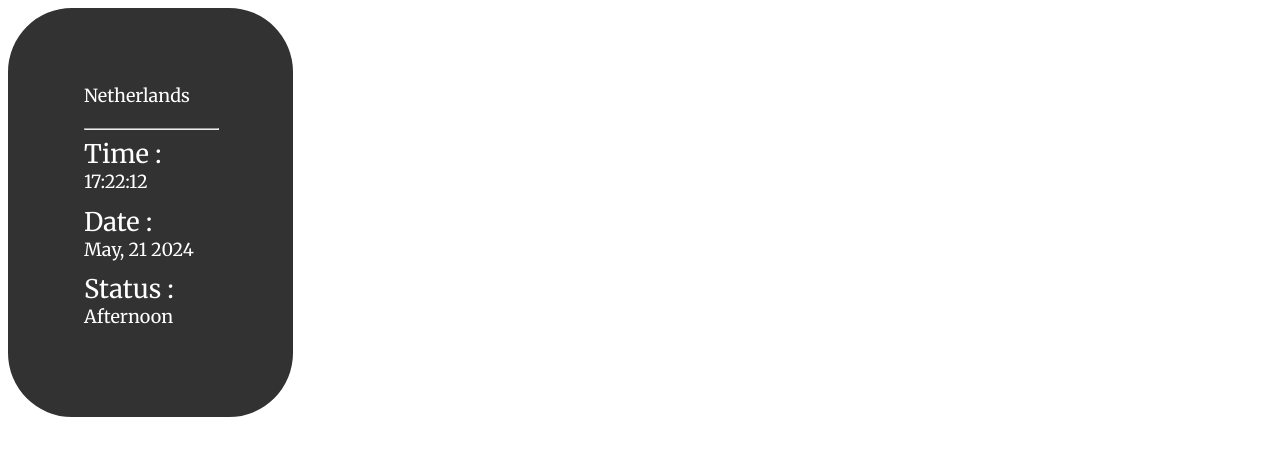
Repository: SnakeXrnt/notion-clock
Page: netherlands.html
An editor plug-in stored every save of this project. The page is shown before and after the next save, followed by the edit.
The browser window is 1280 px wide. The pictures show the whole page.

Above is the page before, as saved 2024-05-21 16:43:33.

### netherlands.html
<!DOCTYPE html>
<html lang="en">
<head>
    <meta charset="UTF-8">
    <meta name="viewport" content="width=device-width, initial-scale=1.0">
    <title>Netherlands</title>
    <link rel="preconnect" href="https://fonts.googleapis.com">
    <link rel="preconnect" href="https://fonts.gstatic.com" crossorigin>
    <link href="https://fonts.googleapis.com/css2?family=Merriweather:ital,wght@0,300;0,400;0,700;0,900;1,300;1,400;1,700;1,900&display=swap" rel="stylesheet">
    <style>
        h1, h2, h3 {
            margin: 0px;
            font-family: "Merriweather", serif;
            font-weight: 400;
            font-style: normal;
            color: white;
        }

        h1 {
            font-size: large;
            padding-bottom: 1vw;
        }
        h2 {
            font-size: 2vw;
        }

        .box {
            display: flex;
            flex-direction: column;
            width: 100pt;
            height: max-content;
            border: 6vw solid rgb(50, 50, 50);
            background-color: rgb(50, 50, 50);
            border-radius: 5vw;

        }
    </style>
    <script>
        function updateTime() {
            const timeElement = document.querySelector('.time');
            const dateElement = document.querySelector('.date');
            const statusElement = document.querySelector('.status');

            const now = new Date();
            const options = { timeZone: 'Europe/Amsterdam' }; // Changed time zone to Amsterdam
            const amsterdamTime = new Date(now.toLocaleString('en-US', options));

            const hours = amsterdamTime.getHours();
            const minutes = amsterdamTime.getMinutes();
            const seconds = amsterdamTime.getSeconds();

            timeElement.innerHTML = `${hours}:${minutes < 10 ? '0' : ''}${minutes}<span class="blink">:</span>${seconds < 10 ? '0' : ''}${seconds}`;

            const monthNames = ["January", "February", "March", "April", "May", "June", "July", "August", "September", "October", "November", "December"];
            const month = monthNames[amsterdamTime.getMonth()];
            const date = amsterdamTime.getDate();
            const year = amsterdamTime.getFullYear();

            dateElement.innerHTML = `${month}, ${date} ${year}`;

            const hourOfDay = amsterdamTime.getHours();
            let status = '';
            if (hourOfDay >= 5 && hourOfDay < 12) {
                status = 'Morning';
            } else if (hourOfDay >= 12 && hourOfDay < 15) {
                status = 'Mid-day';
            } else if (hourOfDay >= 15 && hourOfDay < 18) {
                status = 'Afternoon';
            } else if (hourOfDay >= 18 && hourOfDay < 21) {
                status = 'Evening';
            } else {
                status = 'Mid-night';
            }

            statusElement.innerHTML = status;

            // Toggle blink class
            const blinkElements = document.querySelectorAll('.blink');
            blinkElements.forEach(element => {
                element.classList.toggle('hidden');
            });
        }

        setInterval(updateTime, 1000); // Update every second
    </script>
</head>
<body>
    <div class="box">
        <h1>Netherlands</h1>
        <hr width="100%">
        <h2>Time :</h2>
        <h1 class="time"></h1>
        <h2>Date :</h2>
        <h1 class="date"></h1>
        <h2>Status : </h2>
        <h1 class="status"></h1>

    </div>
</body>
</html>

After the next save:
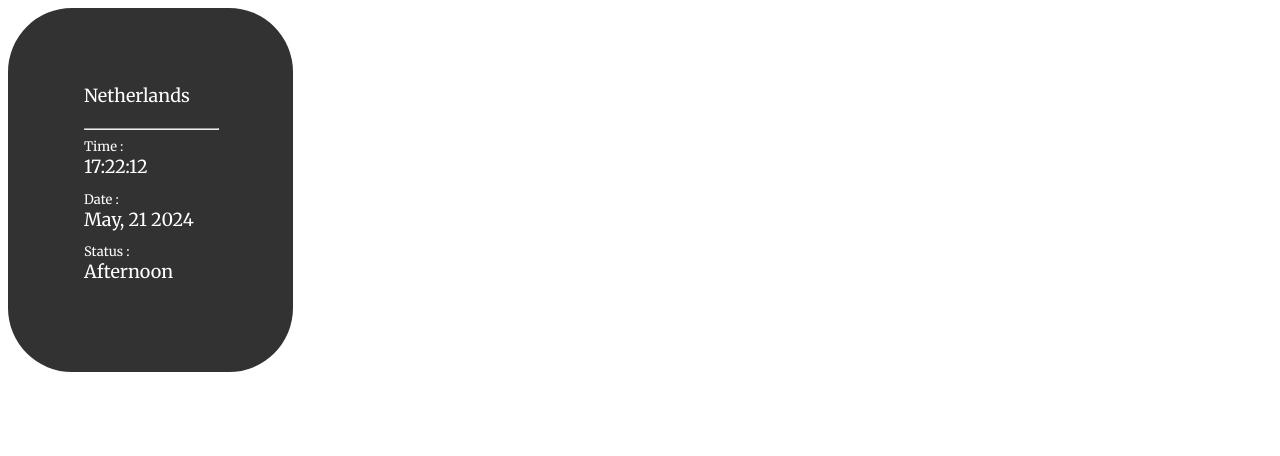
Saved 5 s later.
--- a/netherlands.html
+++ b/netherlands.html
@@ -21,7 +21,7 @@
             padding-bottom: 1vw;
         }
         h2 {
-            font-size: 2vw;
+            font-size: small;
         }
 
         .box {
